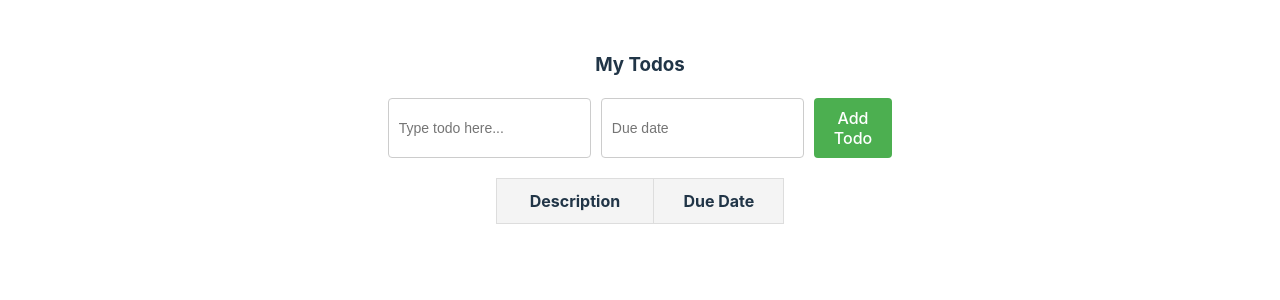
Repository: Aminul-Islam85/Todolist-with-delete
Page: /
These files come from the project's save history. The page is drawn as it stood at one moment and after the next save; the edit follows.
The browser window is 1280 px wide. The pictures show the whole page.
The project was rebuilt for these pictures with package versions that can differ from the ones it lists, and the page was loaded fresh each time. Also part of the build but not shown: vite.config.js.

Above is the page before, as saved 2024-09-16 23:16:30.

After the next save:
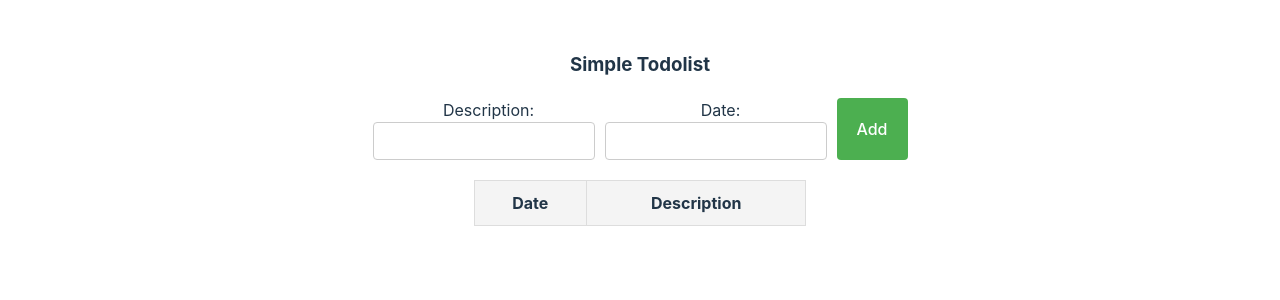
Saved 5 min 16 s later.
--- a/src/components/TodoList.jsx
+++ b/src/components/TodoList.jsx
@@ -1,5 +1,4 @@
 import { useState } from 'react';
-import '../App.css'
 
 const TodoList = () => {
     const [todo, setTodo] = useState({ description: "", duedate: "" });
@@ -17,34 +16,38 @@ const TodoList = () => {
 
     return (
         <div className="todo-container">
-            <h3>My Todos</h3>
+            <h3>Simple Todolist</h3>
             <div className="input-group">
-                <input
-                    placeholder='Type todo here...'
-                    value={todo.description}
-                    onChange={event => setTodo({ ...todo, description: event.target.value })}
-                    className="todo-input"
-                />
-                <input
-                    placeholder='Due date'
-                    value={todo.duedate}
-                    onChange={event => setTodo({ ...todo, duedate: event.target.value })}
-                    className="date-input"
-                />
-                <button onClick={handleAdd} className="add-button">Add Todo</button>
+                <label>Description:
+                    <input
+                        type="text"
+                        value={todo.description}
+                        onChange={event => setTodo({ ...todo, description: event.target.value })}
+                        className="todo-input"
+                    />
+                </label>
+                <label>Date:
+                    <input
+                        type="text"
+                        value={todo.duedate}
+                        onChange={event => setTodo({ ...todo, duedate: event.target.value })}
+                        className="date-input"
+                    />
+                </label>
+                <button onClick={handleAdd} className="add-button">Add</button>
             </div>
             <table className="todo-table">
                 <thead>
                     <tr>
+                        <th>Date</th>
                         <th>Description</th>
-                        <th>Due Date</th>
                     </tr>
                 </thead>
                 <tbody>
                     {todos.map((todo, index) => (
                         <tr key={index}>
+                            <td>{todo.duedate}</td>
                             <td>{todo.description}</td>
-                            <td>{todo.duedate}</td>
                         </tr>
                     ))}
                 </tbody>
